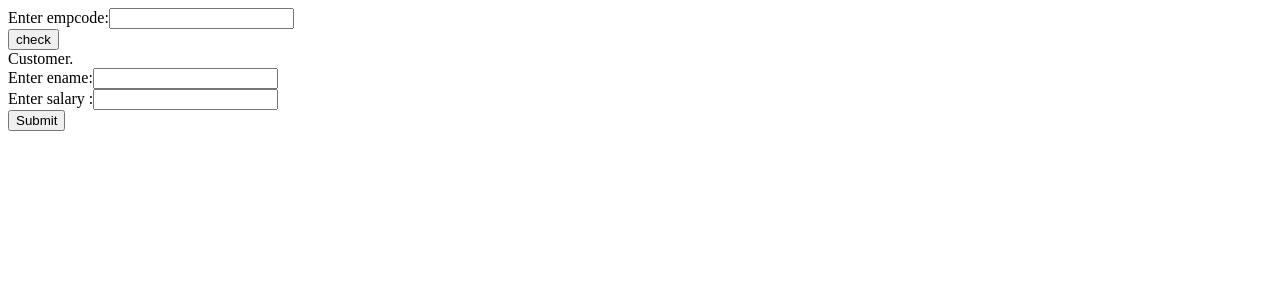
Repository: Susritha/workspace
Page: http://localhost/Jdbc/AddEmployee.jsp
An editor plug-in stored every save of this project. The page is shown before and after the next save, followed by the edit.
The browser window is 1280 px wide. The pictures show the whole page.
The page is served by Tomcat 9. Other server files are loaded and not shown.

Above is the page before, as saved 2015-08-17 09:58:28.

### Jdbc/WebContent/AddEmployee.jsp
<%@ page language="java" contentType="text/html; charset=ISO-8859-1"
    pageEncoding="ISO-8859-1"%>
    <%@ page import="java.sql.*" %>
<!DOCTYPE html PUBLIC "-//W3C//DTD HTML 4.01 Transitional//EN" "http://www.w3.org/TR/html4/loose.dtd">
<html>
<head>
<meta http-equiv="Content-Type" content="text/html; charset=ISO-8859-1">
<title>Insert title here</title>
<script type="text/javascript">
function showHint()
{

 var str= request.getParameter("empcode");
	var xmlhttp;
	if(str.length==0)
	{
	document.getElementById("txtHint").innerHTML="";
	return;
	}
	if(window.XMLHttpRequest)
		{
		xmlhttp=new XMLHttpRequest();
		}
	else
		{
		xmlhttp=new ActiveXObject("Microsoft.XMLHTTP");
		}
	xmlhttp.onreadystatechange=function()
	{
		if(xmlhttp.readyState==4 && xmlhttp.status==200)
			{
			document.getElementById("txtHint").innerHTML=xmlhttp.responseText;
			}
	}
	xmlhttp.open("GET","empJsp.jsp?num="+str,true);
	xmlhttp.send();
	}

</script>
</head>
<body>
<form action="AddEmployee">
Enter empcode:<input type="text" name="empcode" onblur="showHint()"><br>
<input type="button" name="check" value="check" onclick="showHint()" >
<div id="txtHint">Customer.</div>
Enter ename:<input type="text" name="ename"><br>
Enter salary :<input type="text" name="salary"><br>
<input type="submit"/>

</form>
</body>
</html>

After the next save:
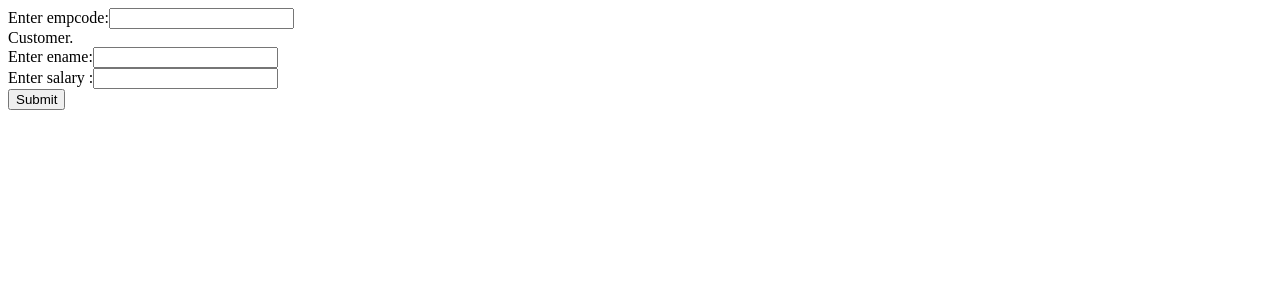
Saved 4 s later.
--- a/Jdbc/WebContent/AddEmployee.jsp
+++ b/Jdbc/WebContent/AddEmployee.jsp
@@ -41,7 +41,7 @@ function showHint()
 <body>
 <form action="AddEmployee">
 Enter empcode:<input type="text" name="empcode" onblur="showHint()"><br>
-<input type="button" name="check" value="check" onclick="showHint()" >
+
 <div id="txtHint">Customer.</div>
 Enter ename:<input type="text" name="ename"><br>
 Enter salary :<input type="text" name="salary"><br>
